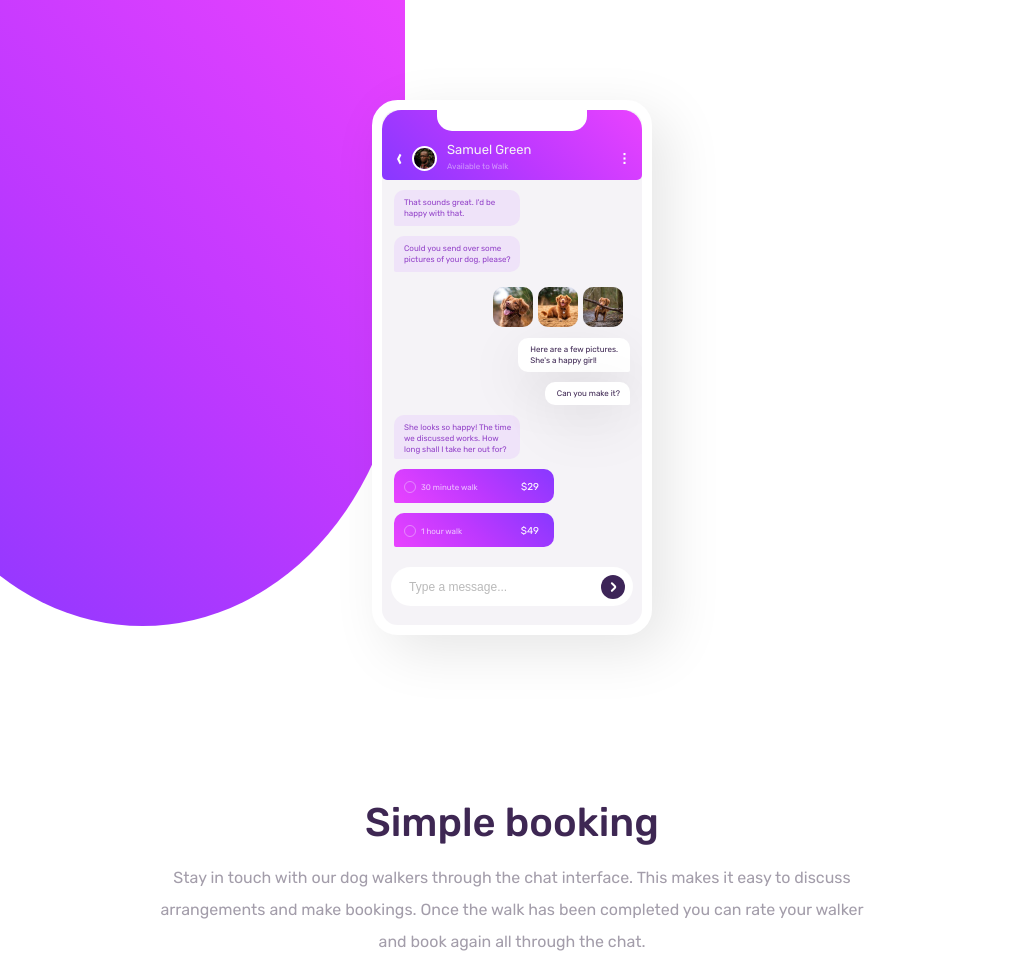
Repository: KamoliddinGIT/chat-app-css-illustration
Page: index.html
An editor plug-in stored every save of this project. The page is shown before and after the next save, followed by the edit.
The browser window is 1024 px wide. The pictures show the whole page.

Above is the page before, as saved 2023-09-25 20:09:30.

### index.html
<!DOCTYPE html>
<html lang="en">
  <head>
    <meta charset="UTF-8" />
    <meta http-equiv="X-UA-Compatible" content="IE=edge" />
    <meta name="viewport" content="width=device-width, initial-scale=1.0" />
    <link
      rel="icon"
      type="image/png"
      sizes="32x32"
      href="./images/favicon-32x32.png"
    />
    <link
      href="https://fonts.googleapis.com/css2?family=Rubik:wght@400;500;700&display=swap"
      rel="stylesheet"
    />
    <link rel="stylesheet" href="./css/style.css" />
    <title>Chat App CSS Illustration</title>
  </head>
  <body>
    <div class="container">
      <div class="bg"></div>
      <div class="card">
        <div class="header">
          <div class="cam"></div>
          <div class="header_contents">
            <div class="header-left-side">
              <img
                src="./images/arrow.svg"
                alt="left_arrow"
                class="back_icon"
              />
              <img class="avatar" src="./images/avatar.jpg" alt="avatar" />
              <h2>
                Samuel Green <br />
                <span>Available to Walk </span>
              </h2>
            </div>
            <img src="./images/menu.svg" alt="menu" class="menu" />
          </div>
        </div>
        <div class="card-messages">
          <div class="receive-message">
            That sounds great. I'd be happy with that.
          </div>
          <div class="receive-message">
            Could you send over some pictures of your dog, please?
          </div>
          <div class="sent-photo">
            <img src="./images/dog-image-1.jpg" alt="dog1" />
            <img src="./images/dog-image-2.jpg" alt="dog2" />
            <img src="./images/dog-image-3.jpg" alt="dog3" />
          </div>
          <div class="sent-msg">
            Here are a few pictures. She's a happy girl!
          </div>
          <div class="next-msg">Can you make it?</div>
          <div class="receive-message">
            She looks so happy! The time we discussed works. How long shall I
            take her out for?
          </div>
          <div class="receive-price">
            <div class="circle"></div>
            <span class="times">30 minute walk </span>
            <div class="price">$29</div>
          </div>
          <div class="receive-price">
            <div class="circle"></div>
            <span class="times">1 hour walk </span>
            <div class="price">$49</div>
          </div>
          <input
            type="text"
            placeholder="Type a message..."
            class="input-msg"
          />
        </div>
      </div>
      <div class="right-side">
        <h1>Simple booking</h1>
        <p>
          Stay in touch with our dog walkers through the chat interface. This
          makes it easy to discuss arrangements and make bookings. Once the walk
          has been completed you can rate your walker and book again all through
          the chat.
        </p>
      </div>
    </div>
  </body>
</html>

### css/style.css
* {
  margin: 0;
  padding: 0;
  box-sizing: border-box;
}

.container {
  width: 85%;
  min-height: 100vh;
  display: flex;
  justify-content: center;
  gap: 160px;
  align-items: center;
  background-color: white;
  font-family: "Rubik", sans-serif;
}

.bg {
  width: 525px;
  height: 87%;
  left: -120px;
  top: 0;
  position: absolute;
  background-image: linear-gradient(
    45deg,
    hsl(264deg 100% 61%) 0%,
    hsl(280deg 100% 61%) 50%,
    hsl(293deg 100% 63%) 100%
  );
  border-radius: 0 0 50% 50%;
}

.card {
  z-index: 99;
  width: 280px;
  height: 535px;
  border-radius: 1.6rem;
  background-color: hsl(270, 20%, 96%);
  border: 10px solid white;
  box-shadow: 1rem 1rem 3.5rem rgba(0, 0, 0, 0.1);
  overflow: hidden;
}

.header {
  display: flex;
  justify-content: center;
  align-items: center;
  color: white;
  position: relative;
  width: 100%;
  height: 70px;
  border-radius: 1.2rem 1.2rem 5px 5px;
  display: flex;
  flex-direction: column;
  align-items: center;
  background-image: linear-gradient(
    45deg,
    hsl(264deg 100% 61%) 0%,
    hsl(280deg 100% 61%) 50%,
    hsl(293deg 100% 63%) 100%
  );
}

.cam {
  width: 150px;
  height: 22px;
  top: 0;
  background-color: white;
  border-radius: 0 0 15px 15px;
  position: absolute;
  margin: -1px auto 0 auto;
}

.back_icon {
  width: 5px;
  height: 18px;
  cursor: pointer;
}

.header_contents {
  margin-top: 27px;
  width: 100%;
  height: 15px;
  display: flex;
  align-items: center;
  justify-content: space-between;
  padding: 15px;
}

.header-left-side {
  width: 164px;
  height: 29px;
  display: flex;
  align-items: center;
  gap: 10px;
}

.avatar {
  width: 25px;
  height: 25px;
  object-fit: fill;
  border-radius: 50%;
  border: 2px solid white;
}

.header-left-side h2 {
  font-size: 13px;
  font-weight: 400;
  padding-bottom: 3px;
  color: hsl(270, 20%, 96%);
}

.header-left-side h2 span {
  font-size: 8px;
  font-weight: 400;
  opacity: 0.5;
  color: hsl(270, 20%, 96%);
}

.menu {
  cursor: pointer;
  width: 5px;
}

.card-messages {
  display: flex;
  flex-direction: column;
  width: 260px;
  height: 446px;
}

.receive-message {
  width: 126px;
  min-height: 36px;
  background-color: hsla(276, 100%, 81%, 0.2);
  padding: 7px 5px 7px 10px;
  border-radius: 10px 10px 10px 2px;
  margin: 10px 0 0 12px;
  font-size: 8px;
  line-height: 11px;
  color: hsl(276, 55%, 52%);
}

.sent-photo {
  margin: 15px 12px 0 auto;
  width: 142px;
  height: 44px;
  display: flex;
  align-items: center;
}

.sent-photo img {
  width: 40px;
  height: 40px;
  border-radius: 10px;
  object-fit: fill;
  margin-inline-start: 5px;
}

.sent-msg {
  width: 133px;
  height: 34px;
  background-color: white;
  padding: 6px 10px 6px 12px;
  border-radius: 10px 10px 2px 10px;
  box-shadow: 0 1rem 3.5rem rgba(0, 0, 0, 0.1);
  margin: 10px 12px 0 auto;
  font-size: 8px;
  color: hsl(271, 36%, 24%);
  max-width: 22ch;
  line-height: 11px;
}

.next-msg {
  width: 85px;
  height: 23px;
  background-color: white;
  width: fit-content;
  padding: 6px 10px 6px 12px;
  border-radius: 10px 10px 2px 10px;
  box-shadow: 0 1rem 3.5rem rgba(0, 0, 0, 0.1);
  margin: 10px 12px 0 auto;
  font-size: 8px;
  color: hsl(271, 36%, 24%);
  max-width: 22ch;
  line-height: 11px;
}

.receive-price {
  width: 160px;
  height: 34px;
  display: inline-flex;
  align-items: center;
  gap: 5px;
  background-color: hsla(276, 100%, 81%, 0.2);
  width: 160px;
  padding: 12px 15px 10px 10px;
  border-radius: 10px 10px 10px 2px;
  margin: 10px 0 0 12px;
  color: white;
  background-image: linear-gradient(
    45deg,
    hsl(293deg 100% 63%) 0%,
    hsl(280deg 100% 61%) 50%,
    hsl(264deg 100% 61%) 100%
  );
}

.circle {
  width: 12px;
  height: 12px;
  border: 1px solid hsl(270, 20%, 96%);
  border-radius: 50%;
  opacity: 0.4;
}

.times {
  font-size: 8px;
  opacity: 0.7;
}

.price {
  font-size: 10px;
  margin-left: auto;
}

.input-msg {
  width: 93%;
  border: none;
  padding: 12px 40px 12px 18px;
  border-radius: 1.5rem;
  outline: none;
  font-weight: 500;
  color: hsl(271, 36%, 24%);
  margin: 20px auto;
  background-image: url("../images/send-icon.svg");
  background-repeat: no-repeat;
  background-position: 210px;
  background-size: 24px 24px;
}

::placeholder {
  font-size: 12px;
  opacity: 0.5;
}

.right-side {
  z-index: 99;
  width: 300px;
}

.right-side h1 {
  width: 100%;
  color: #3e2753;
  padding: 4rem 0 1rem 0;
  font-weight: 500;
  font-size: 2.5rem;
  text-align: start;
}

.right-side p {
  font-size: 16px;
  font-weight: 300;
  text-align: start;
  line-height: 2rem;
  color: #a39daa;
}

/* --------------media-starts--------------- */

@media only screen and (max-width: 1200px) {
  body {
    width: 100%;
    min-height: 100vh;
    display: flex;
    justify-content: center;
    align-items: center;
    padding: 50px;
  }
  .container {
    margin-top: 50px;
    max-width: 1200px;
    width: 100%;
    justify-content: center;
    gap: 0;
    flex-direction: column;
  }
  .right-side {
    display: flex;
    align-items: center;
    flex-direction: column;
    text-align: center;
    padding: 100px;
    width: 100%;
    height: 240px;
  }
  .right-side h1 {
    text-align: center;
  }

  .right-side p {
    text-align: center;
  }
}

After the next save:
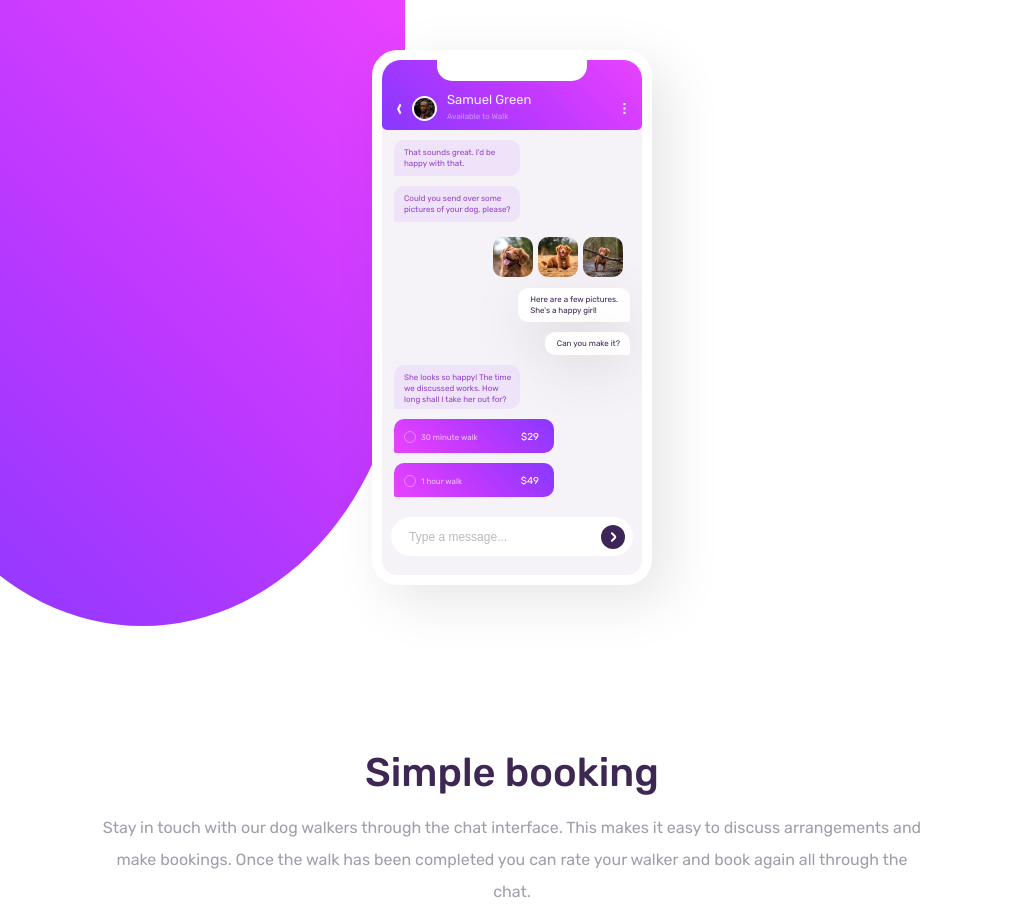
Saved 5 s later.
--- a/css/style.css
+++ b/css/style.css
@@ -275,7 +275,6 @@
     display: flex;
     justify-content: center;
     align-items: center;
-    padding: 50px;
   }
   .container {
     margin-top: 50px;
